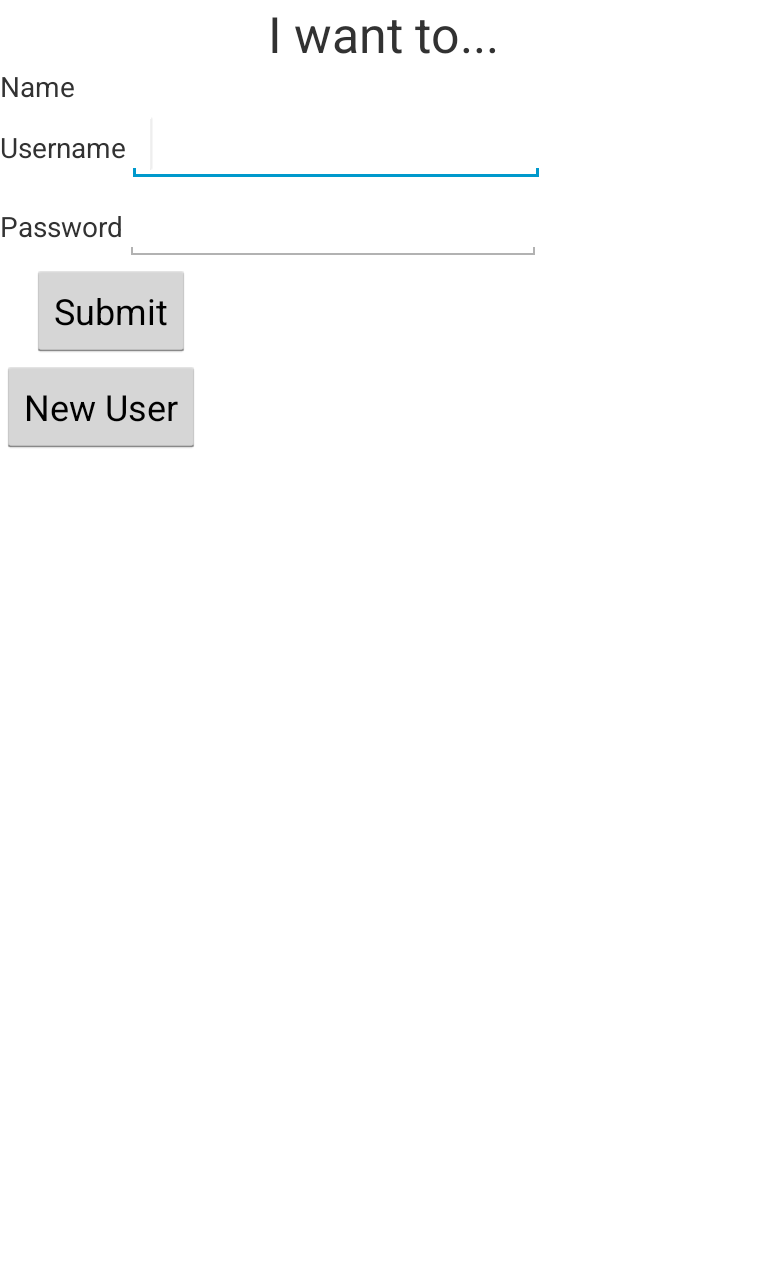
Repository: sbobra/women-startupweekend-sf
Layout: LaundryList/res/layout/activity_goal1.xml
An editor plug-in stored every save of this project. The layout is shown before and after the next save, followed by the edit.
It is drawn on a 768 x 1280 px phone screen (xhdpi) without system bars, with theme AppTheme; the app's code is not run.

Above is the layout before, as saved 2013-09-15 04:10:34.

### LaundryList/res/layout/activity_goal1.xml
<LinearLayout xmlns:android="http://schemas.android.com/apk/res/android"
    xmlns:tools="http://schemas.android.com/tools"
    android:layout_width="match_parent"
    android:layout_height="match_parent"
    android:layout_gravity="center"
    android:orientation="vertical" >

    <TextView
        android:id="@+id/welcomeText"
        android:layout_width="wrap_content"
        android:layout_height="wrap_content"
        android:layout_gravity="center"
        android:text="I want to..."
        android:textSize="25sp" />

    <TextView
        android:id="@+id/textView3"
        android:layout_width="wrap_content"
        android:layout_height="wrap_content"
        android:text="Name" />

    <LinearLayout
        android:layout_width="wrap_content"
        android:layout_height="wrap_content"
        android:orientation="horizontal" >

        <TextView
            android:id="@+id/textView2"
            android:layout_width="wrap_content"
            android:layout_height="wrap_content"
            android:text="Username" />

        <EditText
            android:id="@+id/usernameTextBox"
            android:layout_width="wrap_content"
            android:layout_height="wrap_content"
            android:ems="10"
            android:inputType="textEmailAddress" >

            <requestFocus />
        </EditText>
    </LinearLayout>

    <LinearLayout
        android:layout_width="wrap_content"
        android:layout_height="wrap_content"
        android:orientation="horizontal" >

        <TextView
            android:id="@+id/textView3"
            android:layout_width="wrap_content"
            android:layout_height="wrap_content"
            android:text="Password" />

        <EditText
            android:id="@+id/passwordTextBox"
            android:layout_width="wrap_content"
            android:layout_height="wrap_content"
            android:ems="10"
            android:inputType="textPassword" />
    </LinearLayout>

    <Button
        android:id="@+id/loginButton"
        android:layout_width="wrap_content"
        android:layout_height="wrap_content"
        android:layout_marginLeft="15dp"
        android:text="Submit" />

    <Button
        android:id="@+id/newAcctButton"
        android:layout_width="wrap_content"
        android:layout_height="wrap_content"
        android:text="New User" />

</LinearLayout>

Loaded but not shown: LaundryList/res/values/styles.xml (common file); LaundryList/res/values-v11/styles.xml (common file); LaundryList/res/values-v14/styles.xml (common file)

After the next save:
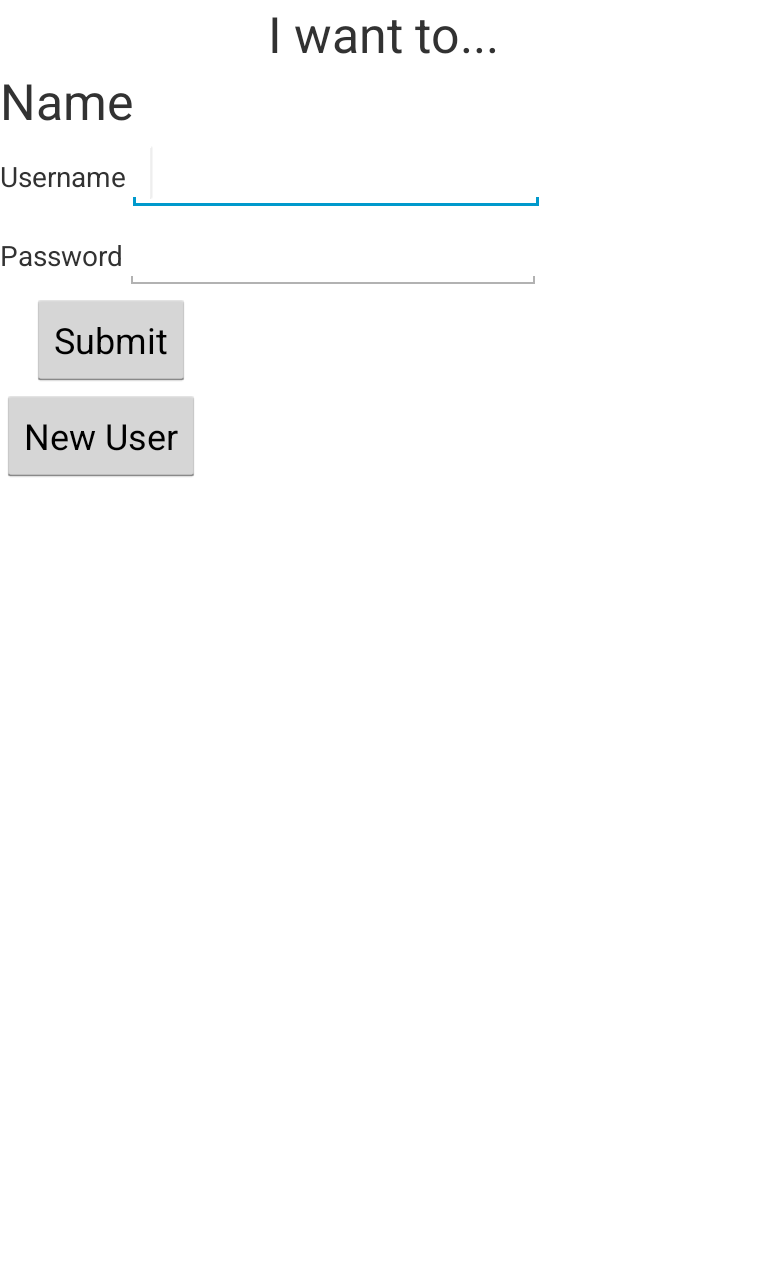
Saved 8 s later.
--- a/LaundryList/res/layout/activity_goal1.xml
+++ b/LaundryList/res/layout/activity_goal1.xml
@@ -17,6 +17,7 @@
         android:id="@+id/textView3"
         android:layout_width="wrap_content"
         android:layout_height="wrap_content"
+        android:textSize="25sp"
         android:text="Name" />
 
     <LinearLayout
